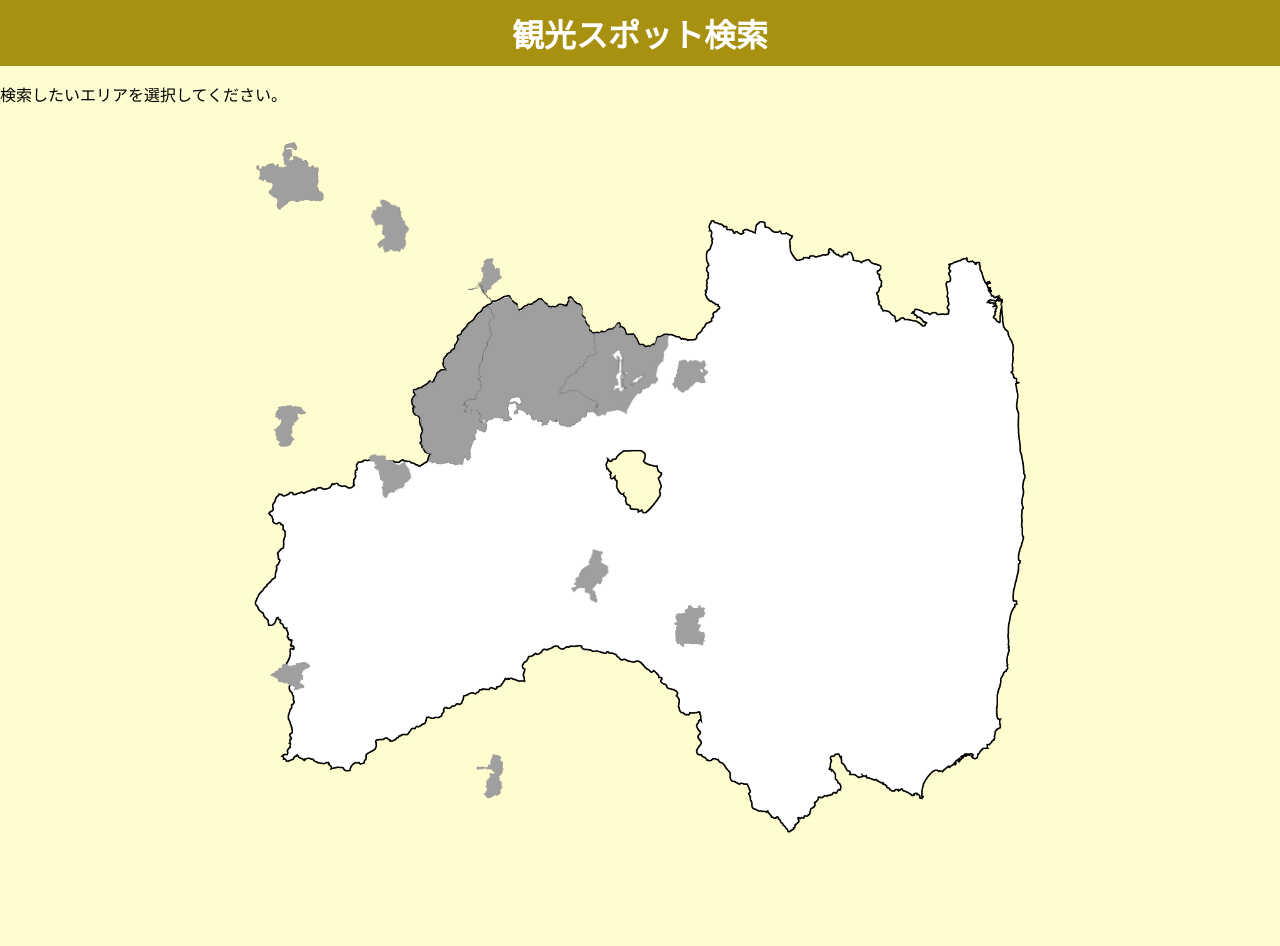
Repository: ryoutana/tanaryou.github.io
Page: Downloads/project/index.html
These files come from the project's save history. The page is drawn as it stood at one moment and after a run of saves; the edit follows.
The browser window is 1280 px wide. The pictures show the whole page.

Above is the page before, as saved 2025-04-29 12:49:10.

After the next 2 saves:
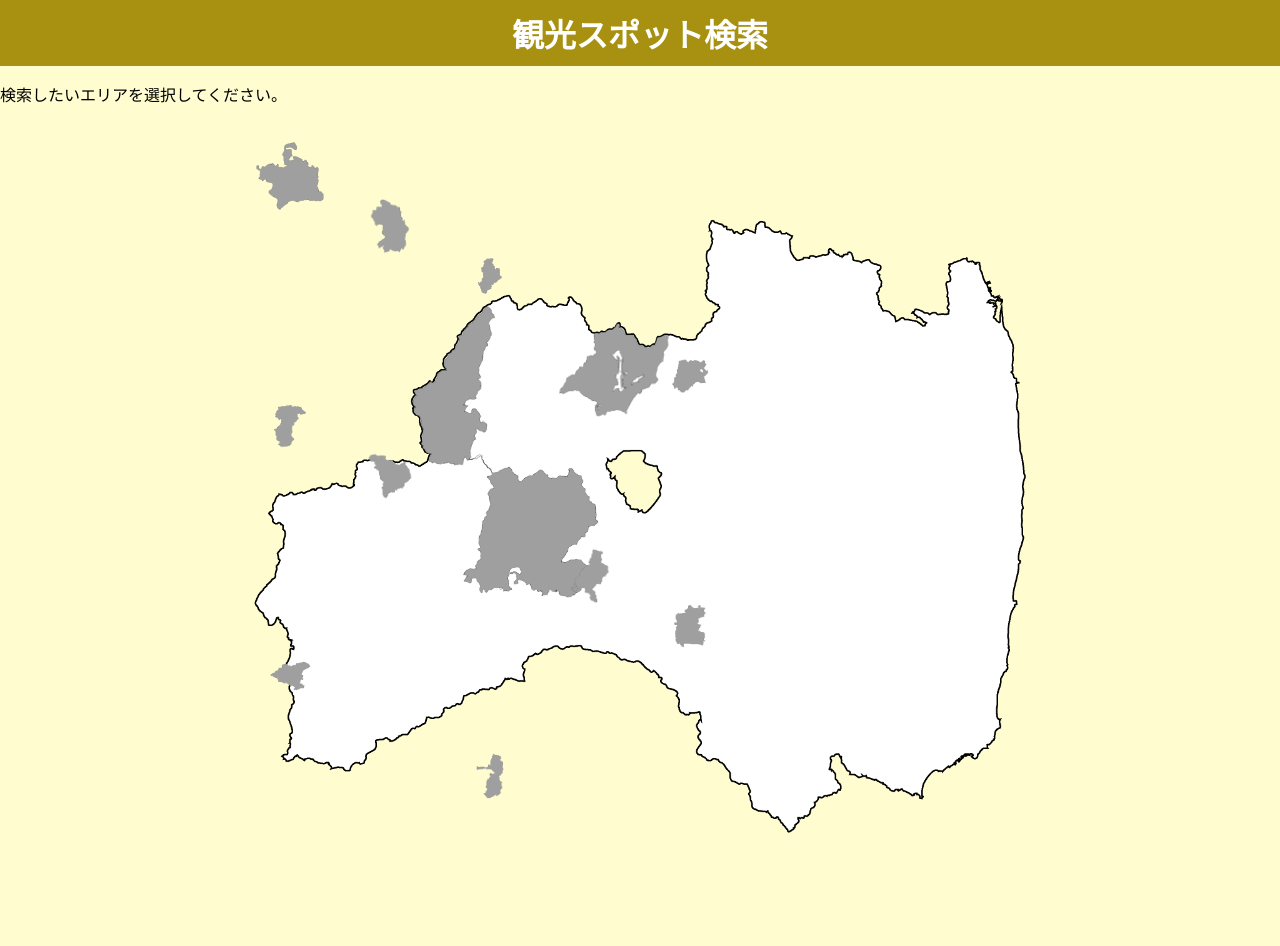
The 2 saves are shown as one change because they came seconds apart.
The last was saved 21 s later.
--- a/Downloads/project/script.js
+++ b/Downloads/project/script.js
@@ -5,7 +5,7 @@
     { name: '会津坂下町', img: '会津坂下町(白地図).png', x: 50, y: 50, width: 80 },
     { name: '会津若松市', img: '会津若松市(白地図).png', x: 150, y: 100, width: 60 },
     { name: '会津美里町', img: '会津美里町(白地図).png', x: 250, y: 150, width: 40 },
-    { name: '喜多方市', img: '喜多方市(白地図).png', x: 291, y: 230, width: 170 },
+    { name: '喜多方市', img: '喜多方市(白地図).png', x: 291, y: 400, width: 170 },
     { name: '金山町', img: '金山町(白地図).png', x: 450, y: 250, width: 45 },
     { name: '三島町', img: '三島町(白地図).png', x: 50, y: 300, width: 50 },
     { name: '昭和村', img: '昭和村(白地図).png', x: 150, y: 350, width: 55 },

After the 4 saves that followed:
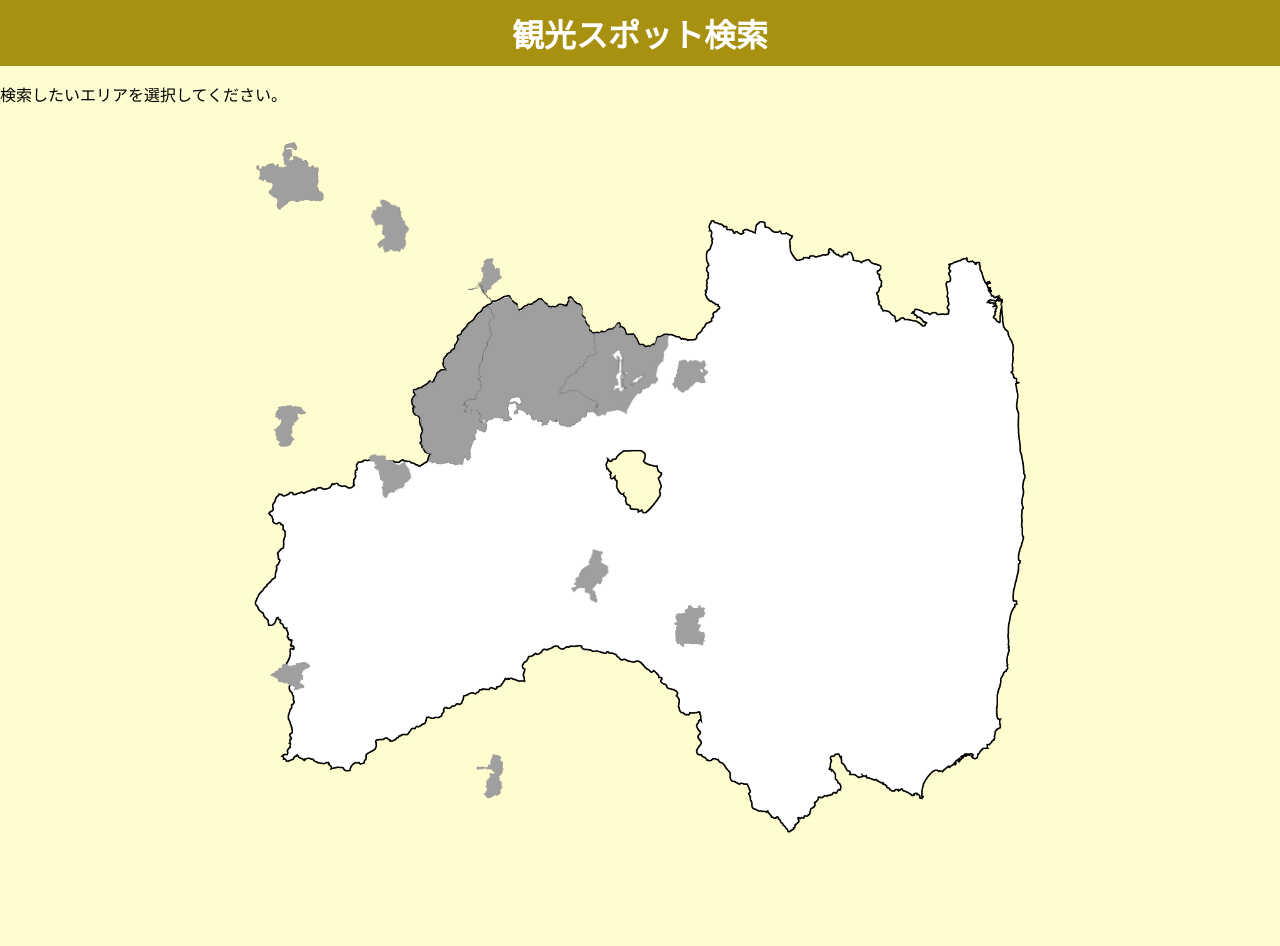
The 4 saves are shown as one change because they came seconds apart.
The last was saved 10 s later.
--- a/Downloads/project/script.js
+++ b/Downloads/project/script.js
@@ -5,7 +5,7 @@
     { name: '会津坂下町', img: '会津坂下町(白地図).png', x: 50, y: 50, width: 80 },
     { name: '会津若松市', img: '会津若松市(白地図).png', x: 150, y: 100, width: 60 },
     { name: '会津美里町', img: '会津美里町(白地図).png', x: 250, y: 150, width: 40 },
-    { name: '喜多方市', img: '喜多方市(白地図).png', x: 291, y: 400, width: 170 },
+    { name: '喜多方市', img: '喜多方市(白地図).png', x: 291, y: 230, width: 170 },
     { name: '金山町', img: '金山町(白地図).png', x: 450, y: 250, width: 45 },
     { name: '三島町', img: '三島町(白地図).png', x: 50, y: 300, width: 50 },
     { name: '昭和村', img: '昭和村(白地図).png', x: 150, y: 350, width: 55 },
